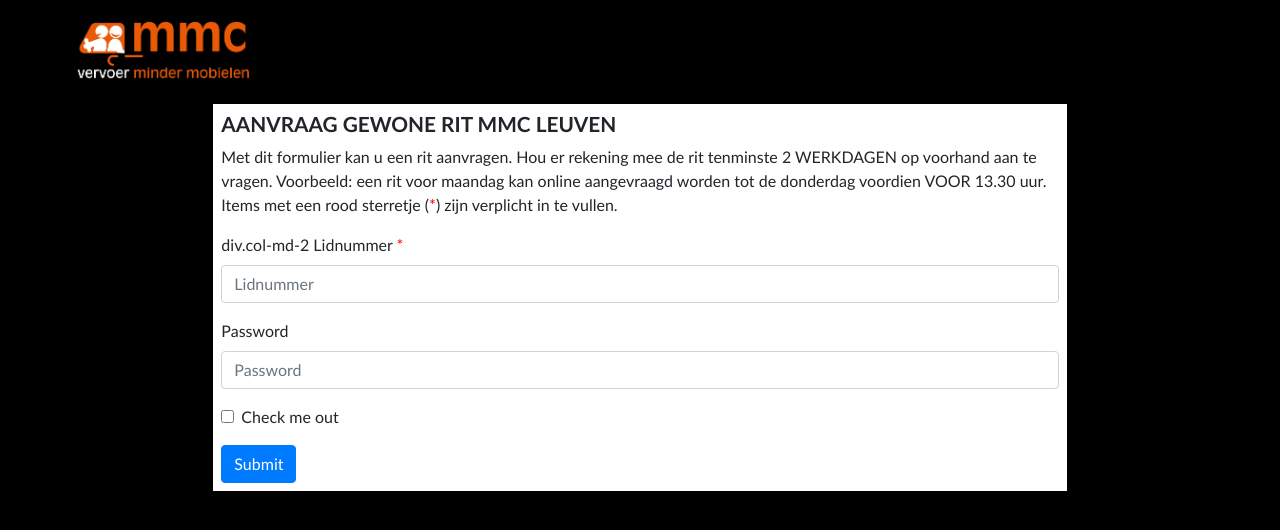
Repository: tclaes/vera
Page: index.html
These files come from the project's save history. The page is drawn as it stood at one moment and after a run of saves; the edit follows.
The browser window is 1280 px wide. The pictures show the whole page.

Above is the page before, as saved 2018-11-12 15:37:40.

After the next 4 saves:
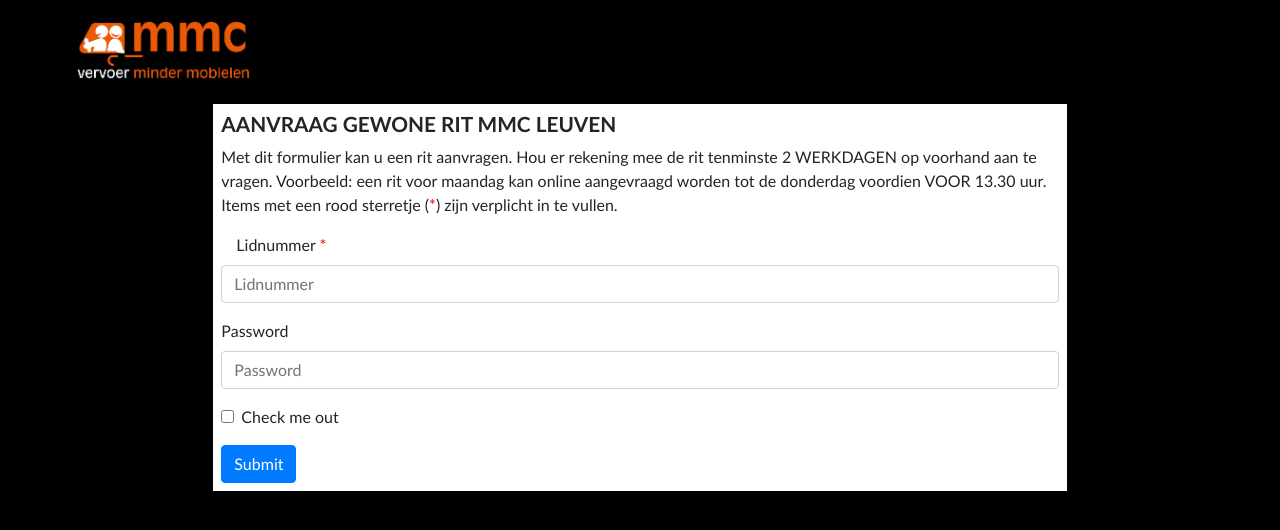
The 4 saves are shown as one change because they came seconds apart.
The last was saved 11 s later.
--- a/index.html
+++ b/index.html
@@ -35,8 +35,10 @@
           Items met een rood sterretje (<span class="red">*</span>) zijn verplicht in te vullen.</p>
         <form>
           <div class="form-group">
-            div.col-md-2
-            <label for="lidNummer">Lidnummer <span class="red">*</span></label>
+            <div class="col-md-2">
+              <label for="lidNummer">Lidnummer <span class="red">*</span></label>
+            </div>
+
             <input type="email" class="form-control" id="lidNummer" aria-describedby="lidNummer" placeholder="Lidnummer" required>
           </div>
           <div class="form-group">
